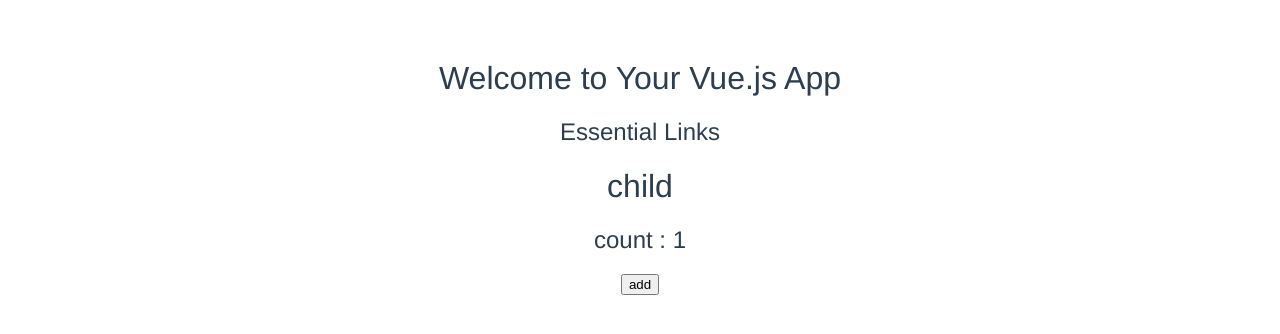
Repository: NotTooTwo/vueRouter
Page: /#/
An editor plug-in stored every save of this project. The page is shown before and after the next save, followed by the edit.
The browser window is 1280 px wide. The pictures show the whole page.
The project was rebuilt for these pictures with package versions that can differ from the ones it lists, and the page was loaded fresh each time.

Above is the page before, as saved 2018-03-13 09:17:56.

After the next save:
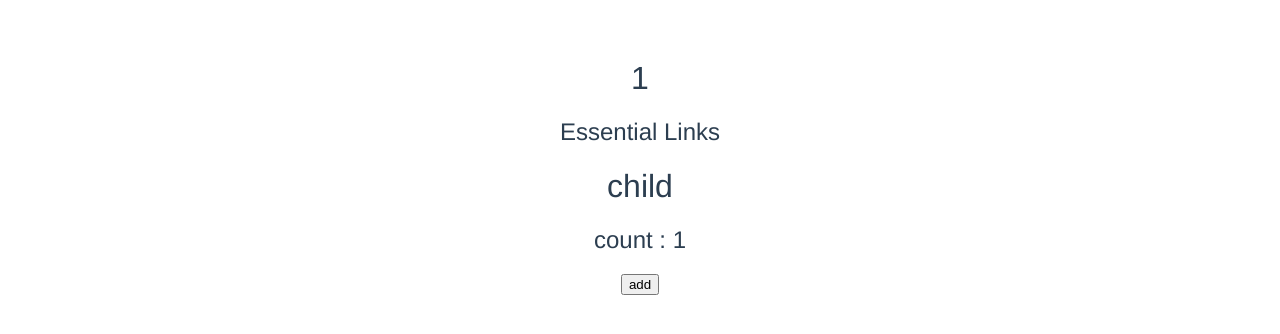
Saved 7 s later.
--- a/src/components/HelloWorld.vue
+++ b/src/components/HelloWorld.vue
@@ -1,6 +1,6 @@
 <template>
   <div class="hello">
-    <h1>{{ msg }}</h1>
+    <h1>{{ childNum }}</h1>
     <h2>Essential Links</h2>
     <Child :countNum=1 ></Child>
   </div>
